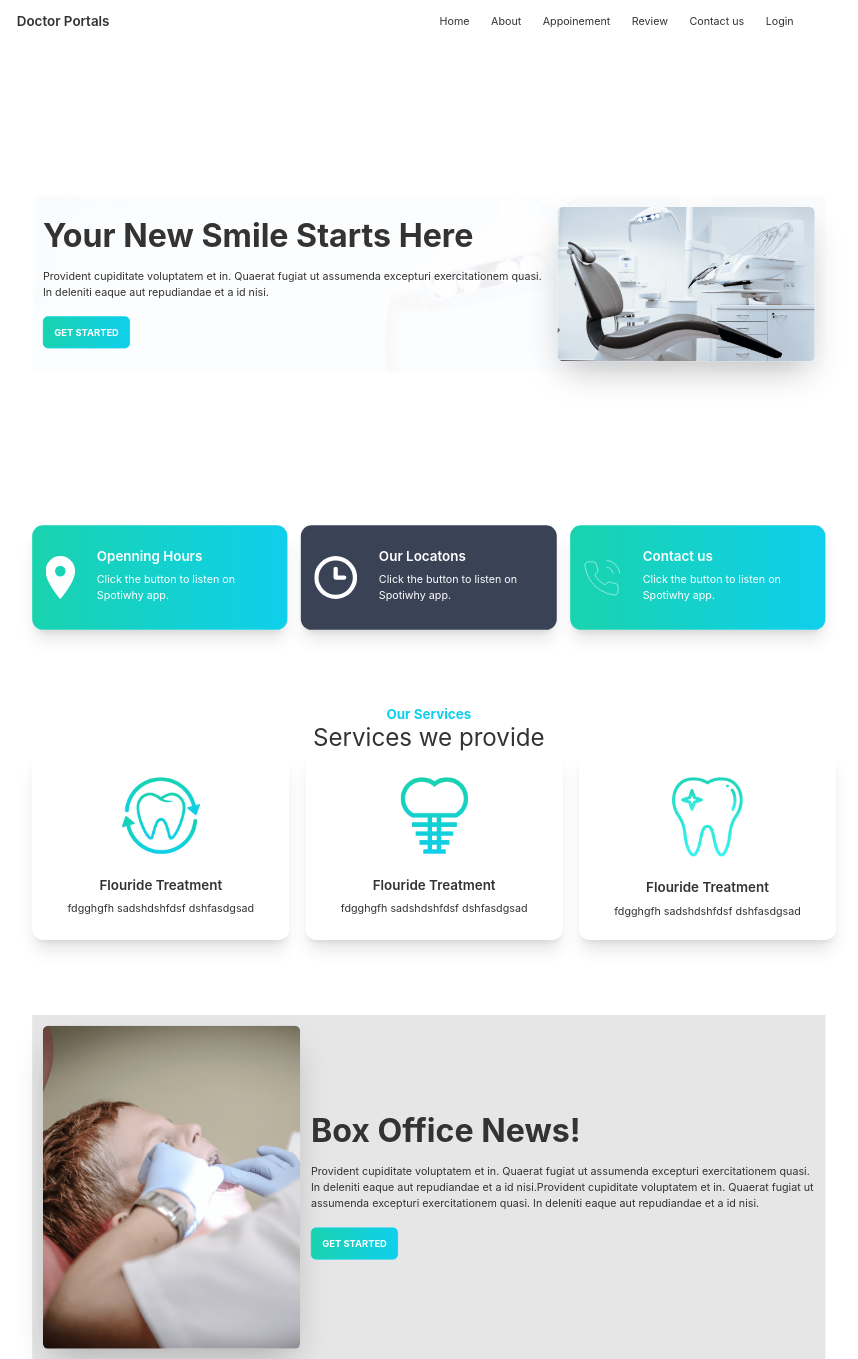
Repository: devsajid/doctors-portal-client
Page: /
An editor plug-in stored every save of this project. The page is shown before and after the next save, followed by the edit.
The browser window is 1280 px wide. The pictures show the whole page, at 67% of full size.
Backgrounds fixed to the window are drawn as part of the page. The project was rebuilt for these pictures with package versions that can differ from the ones it lists, and the page was loaded fresh each time. Also part of the build but not shown: src/App.css, src/Pages/About/About.js, src/Pages/Appoinment/Appoinment.js, src/Pages/Contact/Contact.js, src/Pages/Login/Login.js, src/Pages/Review/Review.js.

Above is the page before, as saved 2022-08-05 22:37:48.

After the next save:
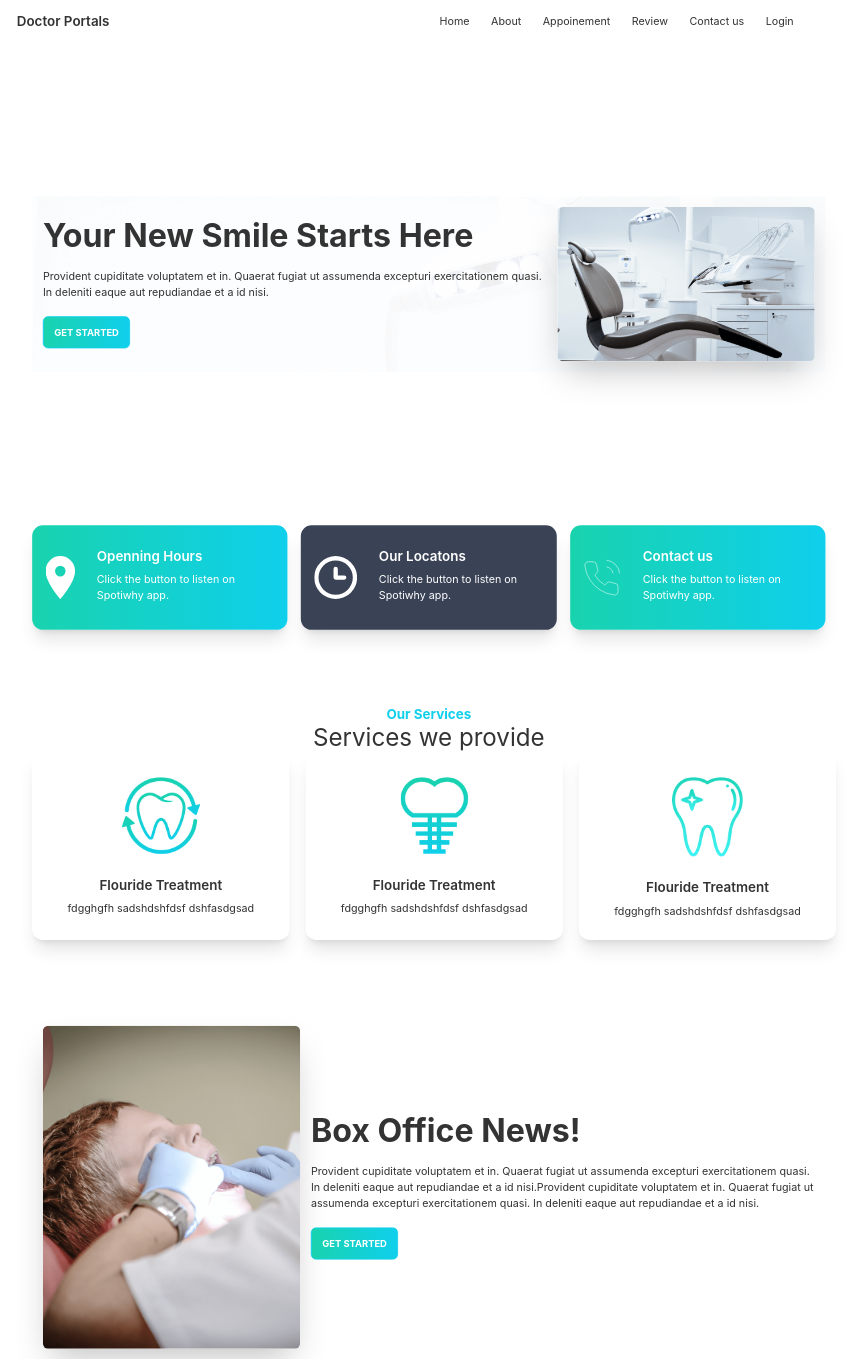
Saved 3 min 21 s later.
--- a/src/Pages/Terms/Terms.js
+++ b/src/Pages/Terms/Terms.js
@@ -3,7 +3,7 @@ import treatment from "../../assets/images/treatment.png";
 import PrimaryButton from "../Home/Share/Navbar/PrimaryButton/PrimaryButton";
 const Terms = () => {
   return (
-    <div class="hero  bg-base-200">
+    <div class="hero">
       <div class="hero-content pl-30 flex-col lg:flex-row">
         <img
           src={treatment}
